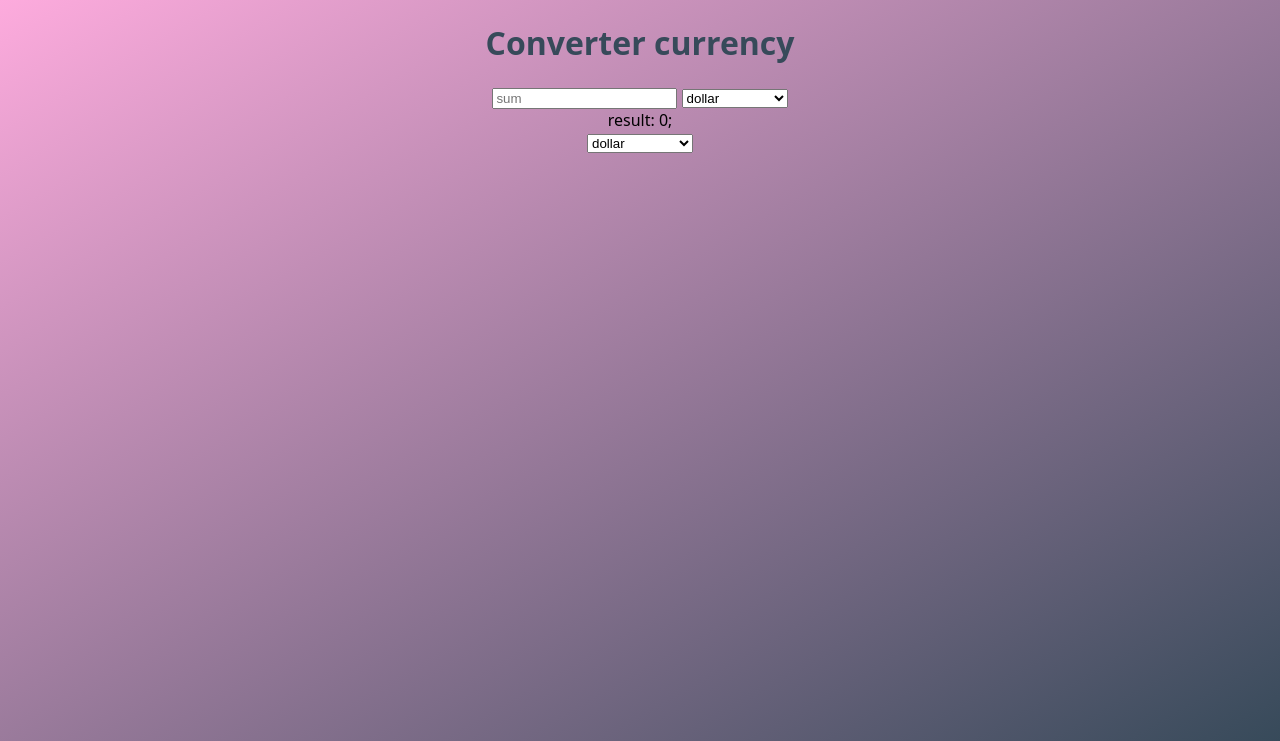
Repository: qtqqrdy13/converter_currerncy
Page: index.html
These files come from the project's save history. The page is drawn as it stood at one moment and after the next save; the edit follows.
The browser window is 1280 px wide. The pictures show the whole page.

Above is the page before, as saved 2023-10-30 14:28:08.

After the next save:
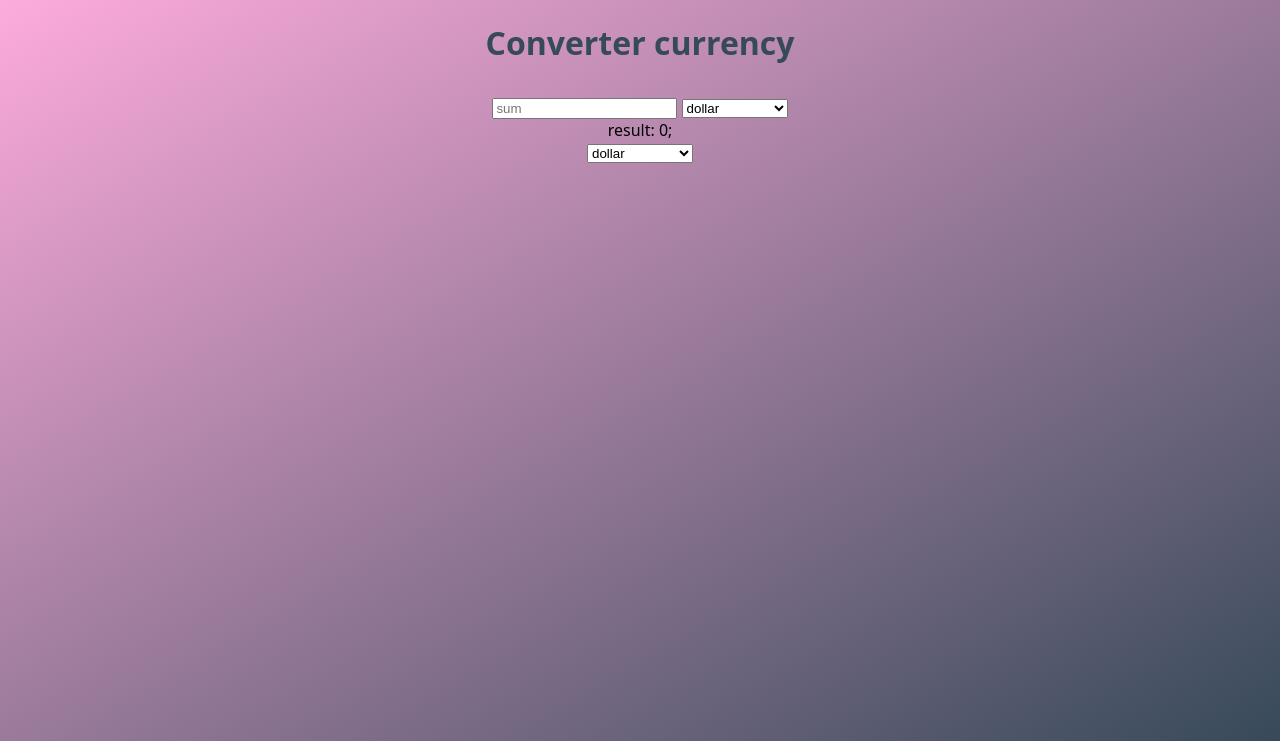
Saved 28 s later.
--- a/style.css
+++ b/style.css
@@ -11,3 +11,7 @@ body{
 h1{
     color: #374A5A;
 }
+.converter{
+    padding: 10px;
+
+}
